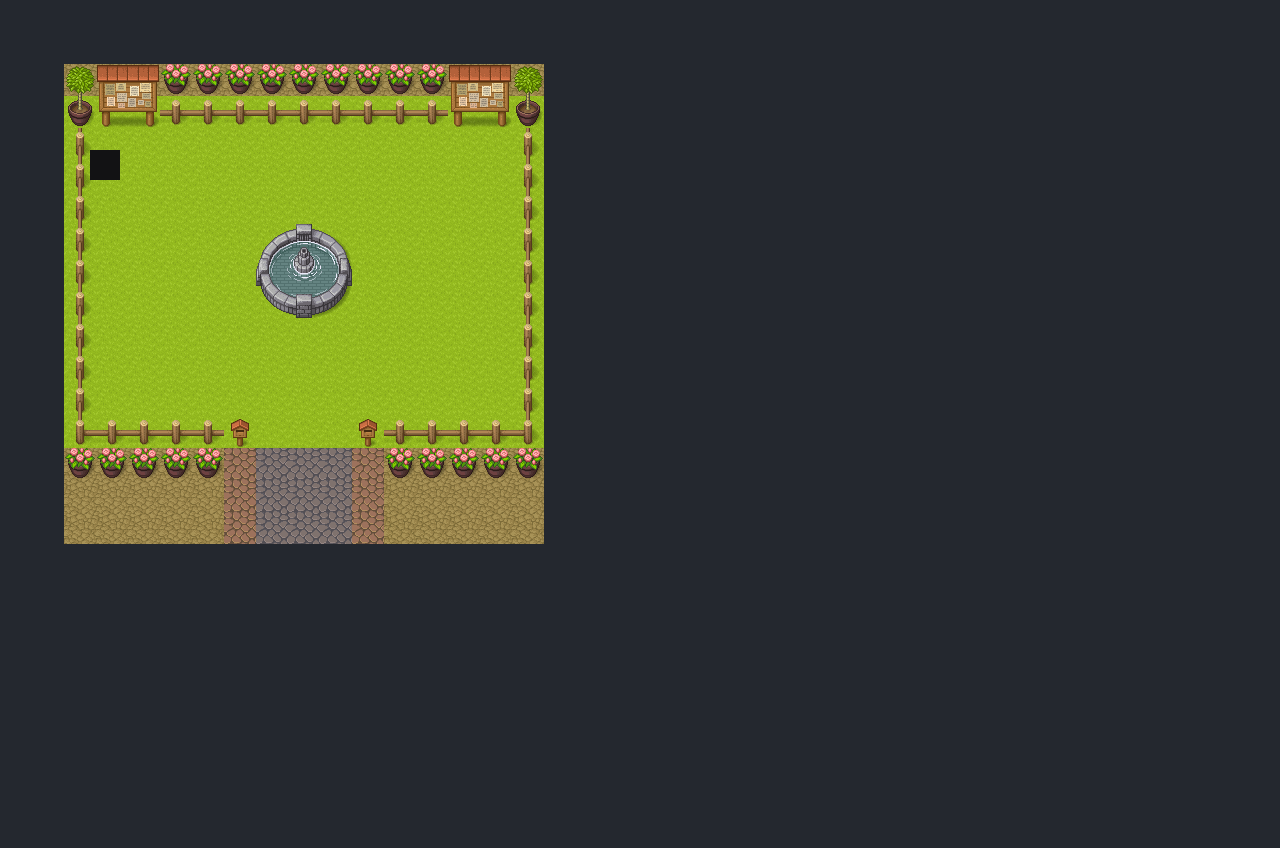
Repository: guilhermecardoso93/rpg-react
Page: /
These files come from the project's save history. The page is drawn as it stood at one moment and after the next save; the edit follows.
The browser window is 1280 px wide. The pictures show the whole page.
The project was rebuilt for these pictures with package versions that can differ from the ones it lists, and the page was loaded fresh each time.

Above is the page before, as saved 2022-11-15 21:49:49.

After the next save:
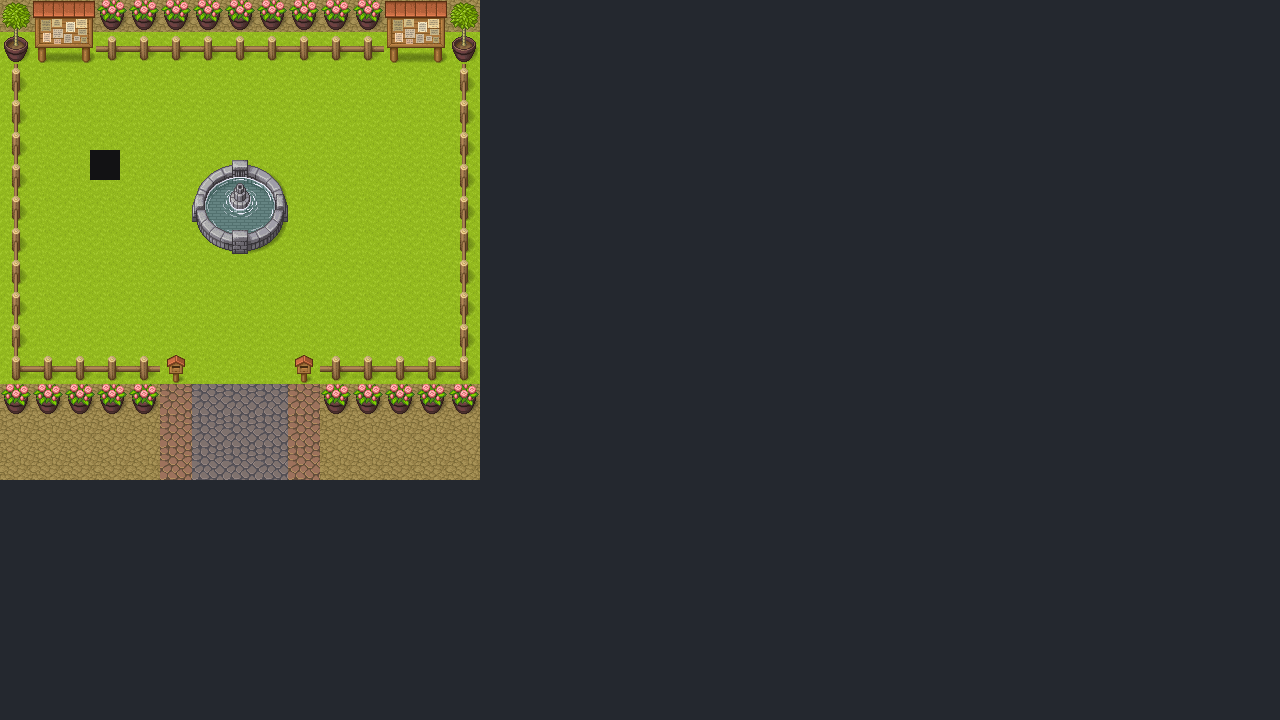
Saved 8 s later.
--- a/src/App.styles.ts
+++ b/src/App.styles.ts
@@ -15,7 +15,6 @@
 export const Container = styled.div`
   min-height: 100vh;
   color: #fff;
-  margin: 4rem;
 `;
 
 export const Map = styled.div`

After the save that followed:
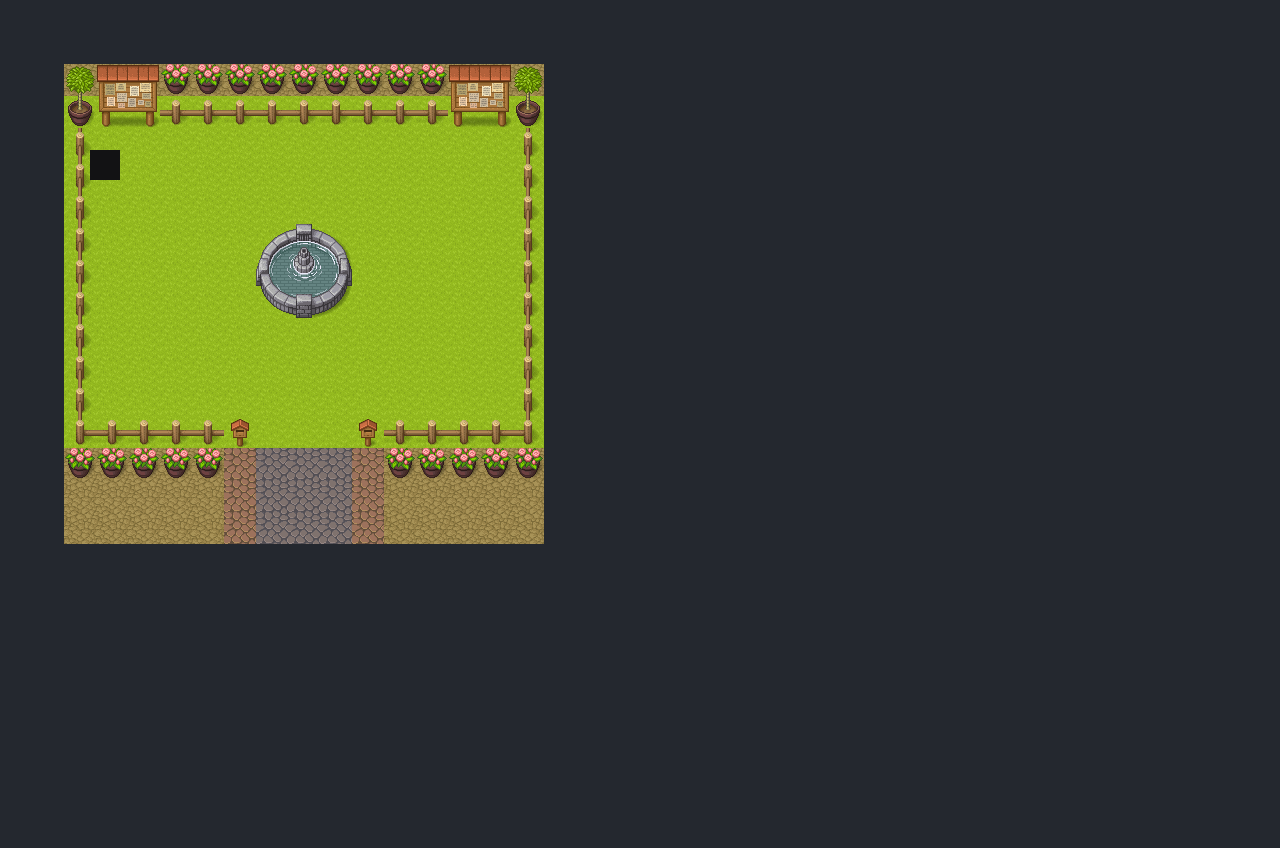
Saved 18 s later.
--- a/src/App.styles.ts
+++ b/src/App.styles.ts
@@ -9,6 +9,7 @@
 
   body {
     background-color: #24282f;
+    margin: 4rem
   }
 `;
 
